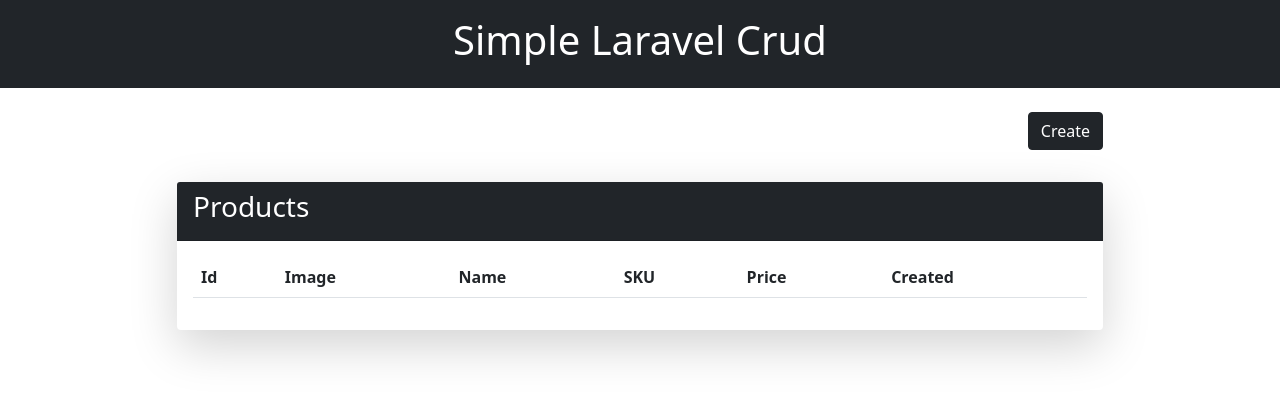
Repository: Muskan1Kumari4draw/Crud-in-Laravel
Page: http://localhost/products
The author's editor kept a copy of each file at every save. The page is drawn from the files as they stood at one save, then again after the next save.
The browser window is 1280 px wide. The pictures show the whole page.
The page is served by the project's Laravel application, run on PHP 8.4 with Laravel 12. Queries for data that is not in the repository find no rows.

Above is the page before, as saved 2024-09-14 12:05:15.

After the next save:
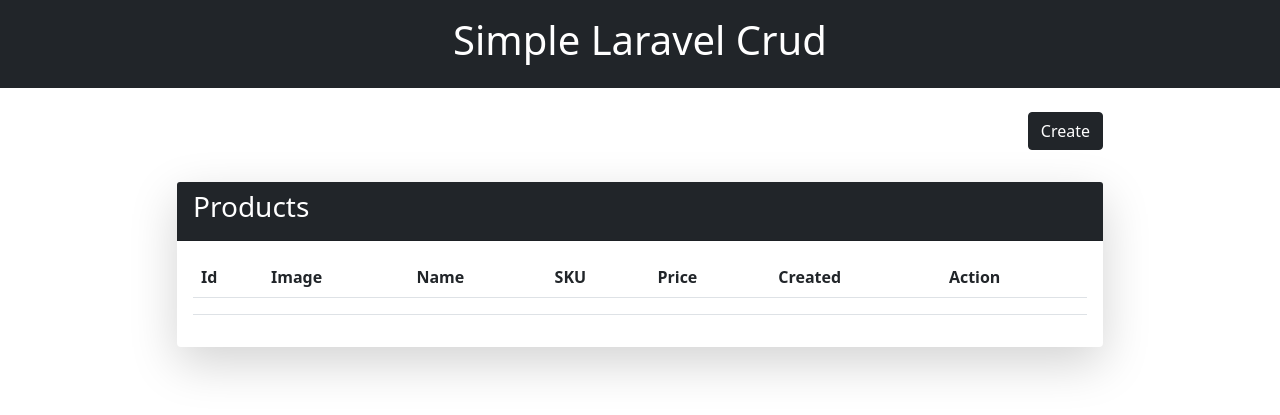
Saved 28 s later.
--- a/resources/views/products/list.blade.php
+++ b/resources/views/products/list.blade.php
@@ -38,6 +38,16 @@
             <th>SKU</th>
             <th>Price</th>
             <th>Created</th>
+            <th>Action</th>
+        </tr>
+        <tr>
+            <td></td>
+            <td></td>
+            <td></td>
+            <td></td>
+            <td></td>
+            <td></td>
+            <td></td>
         </tr>
     </table>
 </div>
